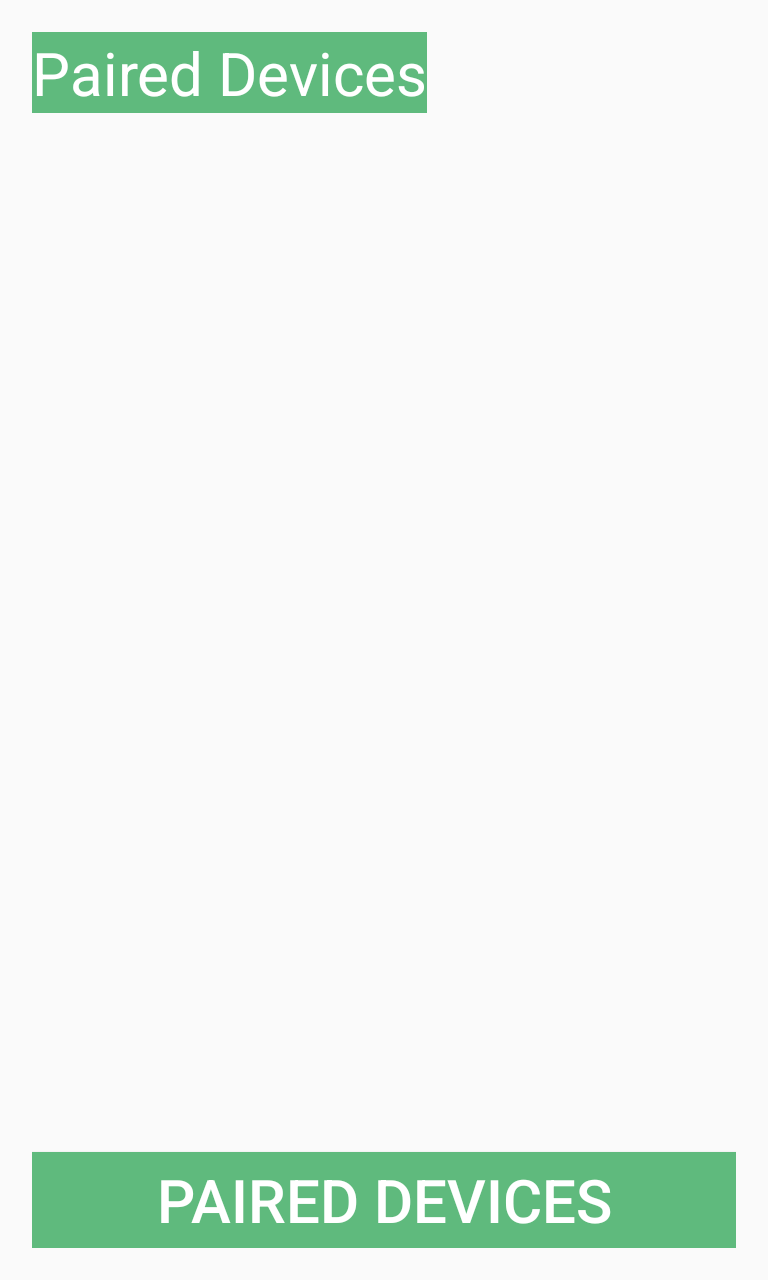
Repository: FisherKei/EclipseWorkspace
Layout: PIC_HC05_DS1307/PIC_HC06_DS1307/res/layout/activity_main.xml
An editor plug-in stored every save of this project. The layout is shown before and after the next save, followed by the edit.
It is drawn on a 768 x 1280 px phone screen (xhdpi) without system bars, with theme AppTheme; the app's code is not run. Lists and similar views that code fills are empty. The app's manifest (not shown) leaves right-to-left support off. So textAlignment, textDirection and layoutDirection are ignored, and left and right values win over start and end ones.

Above is the layout before, as saved 2016-06-27 13:07:34.

After the next save:
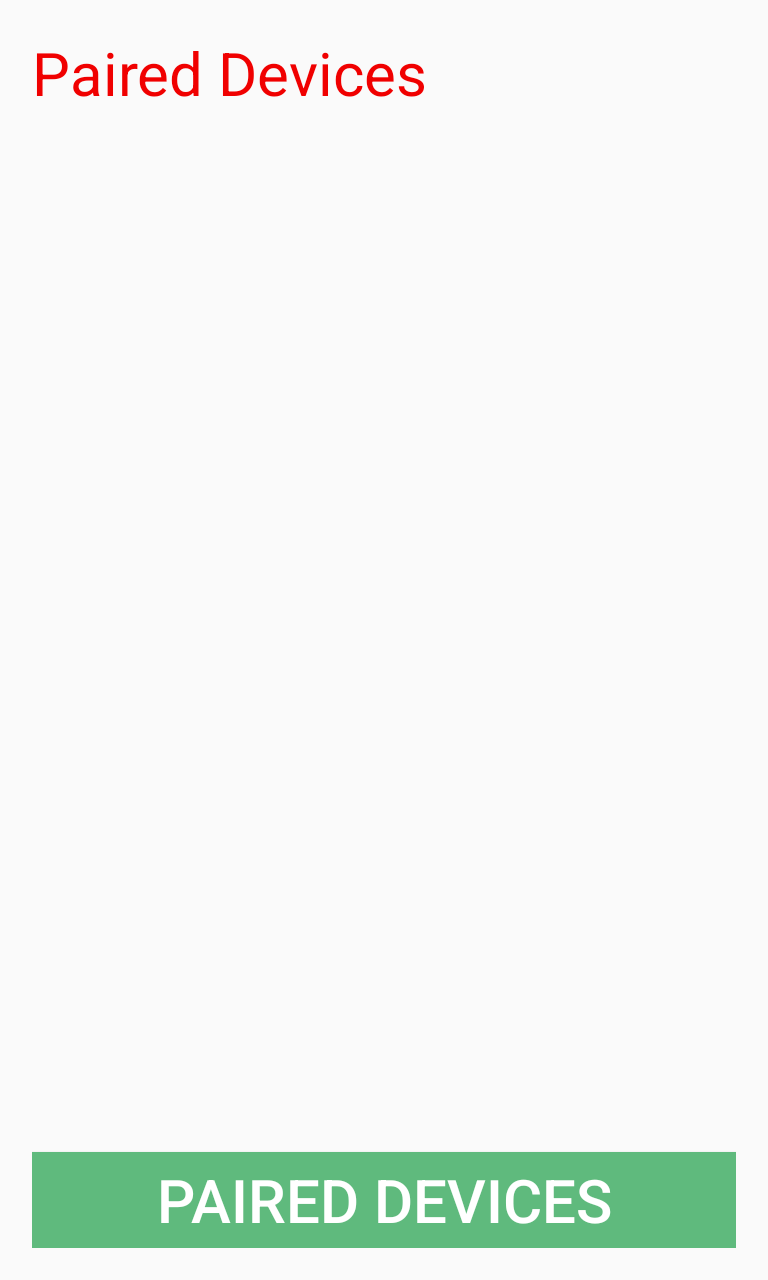
Saved 97 s later.
--- a/PIC_HC05_DS1307/PIC_HC06_DS1307/res/layout/activity_main.xml
+++ b/PIC_HC05_DS1307/PIC_HC06_DS1307/res/layout/activity_main.xml
@@ -8,8 +8,7 @@
     <TextView
         android:layout_width="wrap_content"
         android:layout_height="wrap_content"
-		android:background="#5FBA7D"
-        android:textColor="#ffffff"
+        android:textColor="#F00000"
         android:textSize="30sp"
         android:text="@string/strBtnPaired"
         android:id="@+id/textView"
